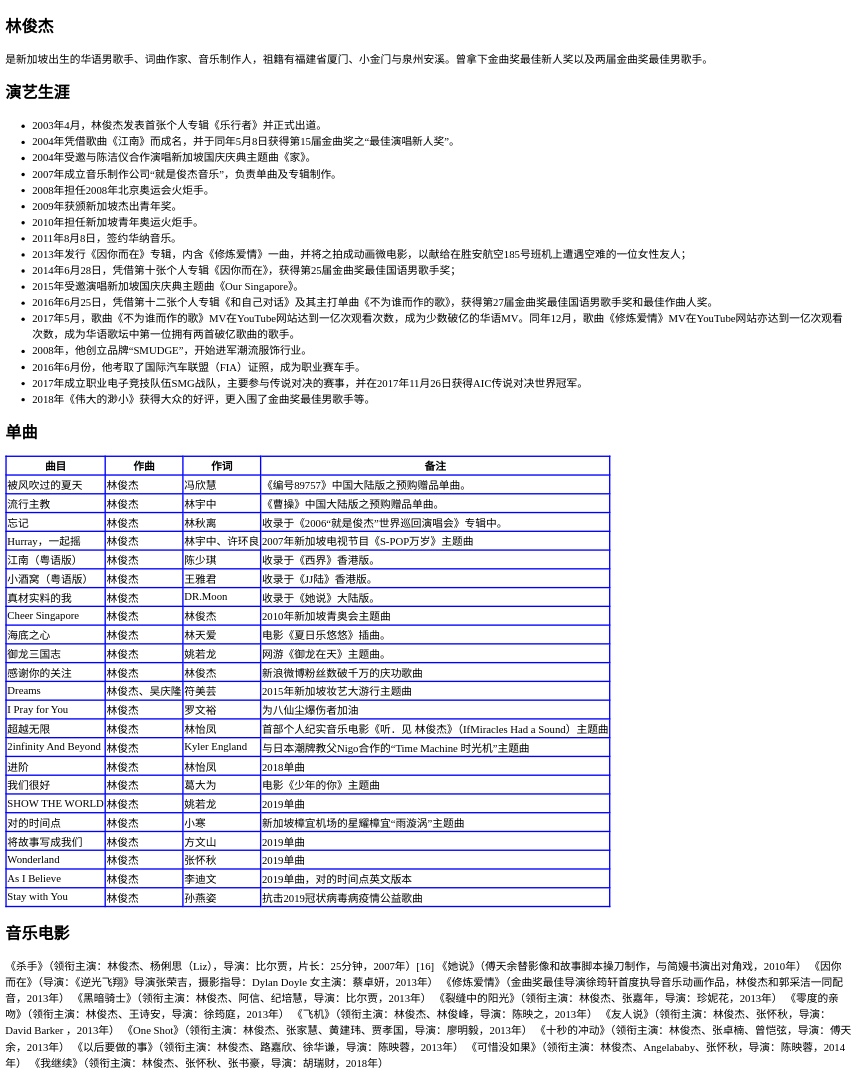
Repository: chenguocan/html_work
Page: html_work.html
An editor plug-in stored every save of this project. The page is shown before and after a run of saves, followed by the edit.
The browser window is 1280 px wide. The pictures show the whole page, at 67% of full size.

Above is the page before, as saved 2020-06-26 10:14:17.

After the next 2 saves:
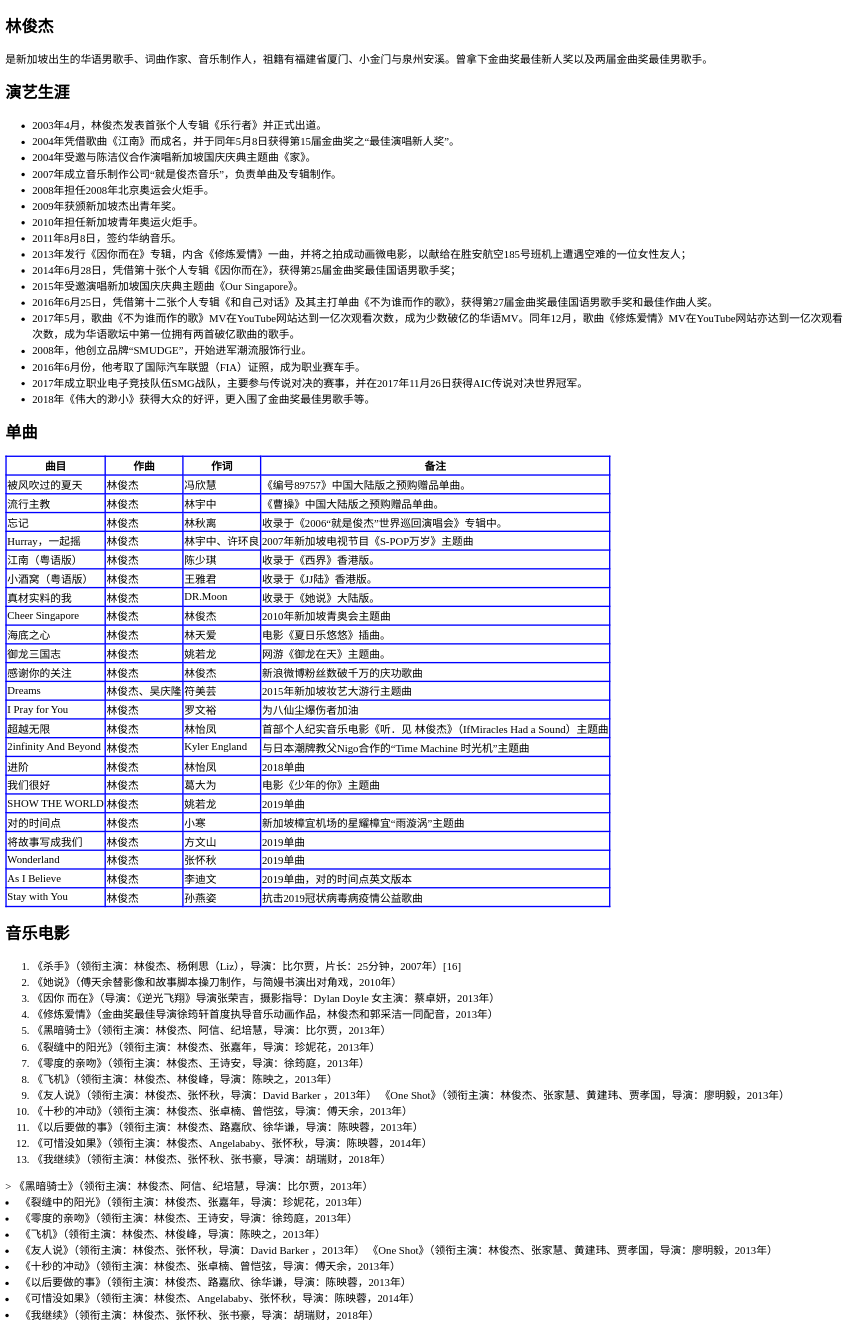
The 2 saves are shown as one change because they came seconds apart.
The last was saved 33 s later.
--- a/html_work.html
+++ b/html_work.html
@@ -215,21 +215,48 @@
         </tbody>
       </table>
       <h2>音乐电影</h2>
-      《杀手》（领衔主演：林俊杰、杨俐思（Liz），导演：比尔贾，片长：25分钟，2007年）[16]
-      《她说》（傅天余替影像和故事脚本操刀制作，与简嫚书演出对角戏，2010年）
-      《因你 而在》（导演：《逆光飞翔》导演张荣吉，摄影指导：Dylan Doyle
-      女主演：蔡卓妍，2013年）
-      《修炼爱情》（金曲奖最佳导演徐筠轩首度执导音乐动画作品，林俊杰和郭采洁一同配音，2013年）
-      《黑暗骑士》（领衔主演：林俊杰、阿信、纪培慧，导演：比尔贾，2013年）
-      《裂缝中的阳光》（领衔主演：林俊杰、张嘉年，导演：珍妮花，2013年）
-      《零度的亲吻》（领衔主演：林俊杰、王诗安，导演：徐筠庭，2013年）
-      《飞机》（领衔主演：林俊杰、林俊峰，导演：陈映之，2013年）
-      《友人说》（领衔主演：林俊杰、张怀秋，导演：David Barker ，2013年） 《One
-      Shot》（领衔主演：林俊杰、张家慧、黄建玮、贾孝国，导演：廖明毅，2013年）
-      《十秒的冲动》（领衔主演：林俊杰、张卓楠、曾恺弦，导演：傅天余，2013年）
-      《以后要做的事》（领衔主演：林俊杰、路嘉欣、徐华谦，导演：陈映蓉，2013年）
-      《可惜没如果》（领衔主演：林俊杰、Angelababy、张怀秋，导演：陈映蓉，2014年）
-      《我继续》（领衔主演：林俊杰、张怀秋、张书豪，导演：胡瑞财，2018年）
+      <ol>
+          <li>《杀手》（领衔主演：林俊杰、杨俐思（Liz），导演：比尔贾，片长：25分钟，2007年）[16]</li>
+          <li>《她说》（傅天余替影像和故事脚本操刀制作，与简嫚书演出对角戏，2010年）</li>
+          <li>《因你 而在》（导演：《逆光飞翔》导演张荣吉，摄影指导：Dylan Doyle 女主演：蔡卓妍，2013年）</li>
+          <li>《修炼爱情》（金曲奖最佳导演徐筠轩首度执导音乐动画作品，林俊杰和郭采洁一同配音，2013年）</li>
+          <li>《黑暗骑士》（领衔主演：林俊杰、阿信、纪培慧，导演：比尔贾，2013年）</li>
+          <li>《裂缝中的阳光》（领衔主演：林俊杰、张嘉年，导演：珍妮花，2013年）</li>
+          <li>《零度的亲吻》（领衔主演：林俊杰、王诗安，导演：徐筠庭，2013年）</li>
+          <li>《飞机》（领衔主演：林俊杰、林俊峰，导演：陈映之，2013年）</li>
+          <li>《友人说》（领衔主演：林俊杰、张怀秋，导演：David Barker ，2013年） 《One Shot》（领衔主演：林俊杰、张家慧、黄建玮、贾孝国，导演：廖明毅，2013年）</li>
+          <li>《十秒的冲动》（领衔主演：林俊杰、张卓楠、曾恺弦，导演：傅天余，2013年）</li>
+          <li>《以后要做的事》（领衔主演：林俊杰、路嘉欣、徐华谦，导演：陈映蓉，2013年）</li>
+          <li>《可惜没如果》（领衔主演：林俊杰、Angelababy、张怀秋，导演：陈映蓉，2014年）</li>
+          <li>《我继续》（领衔主演：林俊杰、张怀秋、张书豪，导演：胡瑞财，2018年）</li>
+      </ol>>
+          《黑暗骑士》（领衔主演：林俊杰、阿信、纪培慧，导演：比尔贾，2013年）
+        </li>
+        <li>
+          《裂缝中的阳光》（领衔主演：林俊杰、张嘉年，导演：珍妮花，2013年）
+        </li>
+        <li>
+          《零度的亲吻》（领衔主演：林俊杰、王诗安，导演：徐筠庭，2013年）
+        </li>
+        <li>《飞机》（领衔主演：林俊杰、林俊峰，导演：陈映之，2013年）</li>
+        <li>
+          《友人说》（领衔主演：林俊杰、张怀秋，导演：David Barker ，2013年）
+          《One
+          Shot》（领衔主演：林俊杰、张家慧、黄建玮、贾孝国，导演：廖明毅，2013年）
+        </li>
+        <li>
+          《十秒的冲动》（领衔主演：林俊杰、张卓楠、曾恺弦，导演：傅天余，2013年）
+        </li>
+        <li>
+          《以后要做的事》（领衔主演：林俊杰、路嘉欣、徐华谦，导演：陈映蓉，2013年）
+        </li>
+        <li>
+          《可惜没如果》（领衔主演：林俊杰、Angelababy、张怀秋，导演：陈映蓉，2014年）
+        </li>
+        <li>
+          《我继续》（领衔主演：林俊杰、张怀秋、张书豪，导演：胡瑞财，2018年）
+        </li>
+      </ol>
     </section>
   </body>
 </html>
